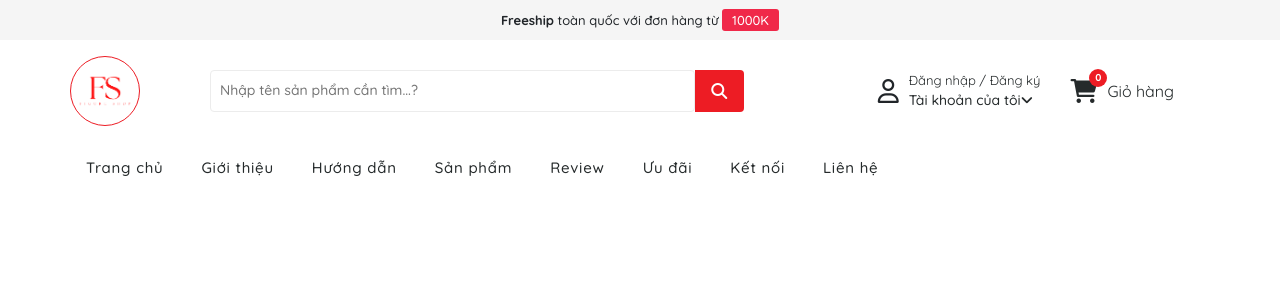
Repository: hayashi13597/ES6_ASM
Page: ASM1/index.html
These files come from the project's save history. The page is drawn as it stood at one moment and after the next save; the edit follows.
The browser window is 1280 px wide. The pictures show the whole page.
The style sheet was rebuilt from its Sass, Less or Tailwind sources for each picture, by a compiler version that may differ from the author's.

Above is the page before, as saved 2023-01-11 16:18:48.

### ASM1/index.html
<!DOCTYPE html>
<html lang="en">
  <head>
    <meta charset="UTF-8" />
    <meta http-equiv="X-UA-Compatible" content="IE=edge" />
    <meta name="viewport" content="width=device-width, initial-scale=1.0" />
    <title>Figure Shop</title>
    <!-- Link Boostrap -->
    <link
      rel="stylesheet"
      href="https://cdn.jsdelivr.net/npm/bootstrap@5.3.0-alpha1/dist/css/bootstrap.min.css"
    />
    <script src="https://cdn.jsdelivr.net/npm/bootstrap@5.3.0-alpha1/dist/js/bootstrap.min.js"></script>
    <!-- Link css -->
    <link rel="stylesheet" href="css/index.css" />
    <!-- Link Icon -->
    <link
      rel="stylesheet"
      href="https://cdnjs.cloudflare.com/ajax/libs/font-awesome/6.2.1/css/all.min.css"
      integrity="sha512-MV7K8+y+gLIBoVD59lQIYicR65iaqukzvf/nwasF0nqhPay5w/9lJmVM2hMDcnK1OnMGCdVK+iQrJ7lzPJQd1w=="
      crossorigin="anonymous"
      referrerpolicy="no-referrer"
    />
    <!-- Link Font -->
    <link rel="preconnect" href="https://fonts.googleapis.com" />
    <link rel="preconnect" href="https://fonts.gstatic.com" crossorigin />
    <link
      href="https://fonts.googleapis.com/css2?family=Quicksand:wght@400;500;600;700&display=swap"
      rel="stylesheet"
    />
  </head>
  <body>
    <header class="header">
      <div class="header-topbar">
        <p class="text-center">
          <strong>Freeship</strong> toàn quốc với đơn hàng từ
          <span class="topbar-number">1000K</span>
        </p>
      </div>
      <div class="container">
        <div class="row header-middle">
          <a href="index.html" class="col-1 header-middle--logo"
            ><img src="img/jewelry.png" alt=""
          /></a>
          <div class="col-lg-7 col-12 header-middle--search">
            <input type="text" placeholder="Nhập tên sản phẩm cần tìm...?" />
            <button><i class="fa-solid fa-magnifying-glass"></i></button>
          </div>
          <div class="col-4 header-middle--right">
            <div class="user">
              <div class="user-icon">
                <i class="fa-regular fa-user"></i>
              </div>
              <div class="user-text d-lg-block d-none">
                <div class="user-text--up">
                  <a>Đăng nhập</a> /
                  <a>Đăng ký</a>
                </div>
                <div class="user-text--down">
                  <a>Tài khoản của tôi<i class="fa-solid fa-angle-down"></i></a>
                </div>
              </div>
            </div>
            <a class="header-cart" href="">
              <i class="fa-solid fa-cart-shopping"
                ><span class="header-cart--number">0</span></i
              >
              <p class="header-cart--p d-lg-block d-none">Giỏ hàng</p>
            </a>
          </div>
        </div>
      </div>
      <nav class="container header-nav">
        <ul>
          <li><a href="#">Trang chủ</a></li>
          <li><a href="#">Giới thiệu</a></li>
          <li><a href="#">Hướng dẫn</a></li>
          <li><a href="#">Sản phẩm</a></li>
          <li><a href="#">Review</a></li>
          <li><a href="#">Ưu đãi</a></li>
          <li><a href="#">Kết nối</a></li>
          <li><a href="#">Liên hệ</a></li>
        </ul>
      </nav>
    </header>
  </body>
</html>

### ASM1/sass/index.scss
:root {
  --bg-topbar: #f5f5f5;
  --shop-color-main: #ed1c24;
  --shop-color-text: #252a2b;
  --shop-color-title: #000000;
  --shop-color-hover: #ed1c24;
  --shop-color-button: #000000;
  --shop-color-border: #e7e7e7;
  --footer-color-title: #ffffff;
  --footer-color-text: #999999;
  --footer-color-bg: #1a1a1a;
}

* {
  padding: 0;
  margin: 0;
  box-sizing: border-box;
  font-family: "Quicksand", sans-serif;
}

// Header
.header {
  width: 100%;
  // header-topbar
  &-topbar {
    height: 40px;
    line-height: 40px;
    background-color: var(--bg-topbar);
    p {
      font-size: 13px;
      font-weight: 500;
      .topbar-number {
        font-weight: 500;
        padding: 3px 10px;
        border-radius: 3px;
        background-color: #f02849;
        color: #ffffff;
      }
    }
  }
  // Header-middle
  &-middle {
    width: 100%;
    padding-block: 16px;
    display: flex;
    align-items: center;
    justify-content: space-between;
    &--logo {
      width: 70px;
      padding: 5px;
      border-radius: 50%;
      border: 1px solid var(--shop-color-main);
      img {
        width: 100%;
        height: 100%;
        object-fit: cover;
      }
    }
    &--search {
      width: 50%;
      display: flex;
      input {
        padding: 9px 50px 10px 9px;
        width: 100%;
        background-color: #ffffff;
        border: 1px solid #ececec;
        border-radius: 4px;
        font-size: 14px;
        font-weight: 500;
        transition: all 0.15s linear;
        &:focus {
          background: #ffffff;
          outline: none;
          border-color: var(--shop-color-main);
        }
      }
      button {
        border: none;
        border-radius: 0 4px 4px 0;
        width: 55px;
        color: #ffffff;
        background-color: var(--shop-color-main);
      }
    }
    &--right {
      display: flex;
      justify-content: flex-end;
      gap: 30px;
      .user {
        display: flex;
        align-items: center;
        gap: 10px;
        cursor: pointer;
        &-icon {
          font-size: 1.5rem;
        }
        &-text {
          a {
            text-decoration: none;
            color: var(--shop-color-text);
          }
          &--up {
            font-size: 13px;
          }
          &--down {
            font-size: 14px;
            font-weight: 500;
          }
        }
      }
      .header-cart {
        display: flex;
        align-items: center;
        gap: 10px;
        text-decoration: none;
        color: var(--shop-color-text);
        i {
          font-size: 1.5rem;
          position: relative;
        }
        &--p {
          margin-bottom: 0;
        }
        &--number {
          width: 18px;
          height: 18px;
          display: flex;
          justify-content: center;
          align-items: center;
          position: absolute;
          top: -10px;
          right: -10px;
          font-size: 10px;
          color: #ffffff;
          background: var(--shop-color-main);
          border-radius: 50%;
        }
      }
    }
  }
  // Header-nav
  &-nav {
    ul {
      list-style: none;
      display: flex;
      align-items: center;
      padding-left: 0;
      gap: 30px;
      li {
        a {
          text-decoration: none;
          color: var(--shop-color-text);
          font-size: 15px;
          padding: 15px 4px;
          letter-spacing: 0.75px;
          font-weight: 500;
          position: relative;
          display: flex;
          justify-content: center;
          &:before {
            content: "";
            position: absolute;
            bottom: 0;
            transform: scaleX(0);
            transform-origin: right;
            width: 100%;
            height: 2px;
            background: var(--shop-color-text);
            transition: transform 0.5s ease;
          }
          &:hover {
            &::before {
              transform: scaleX(1);
              transform-origin: left;
            }
          }
        }
      }
    }
  }
}

After the next save:
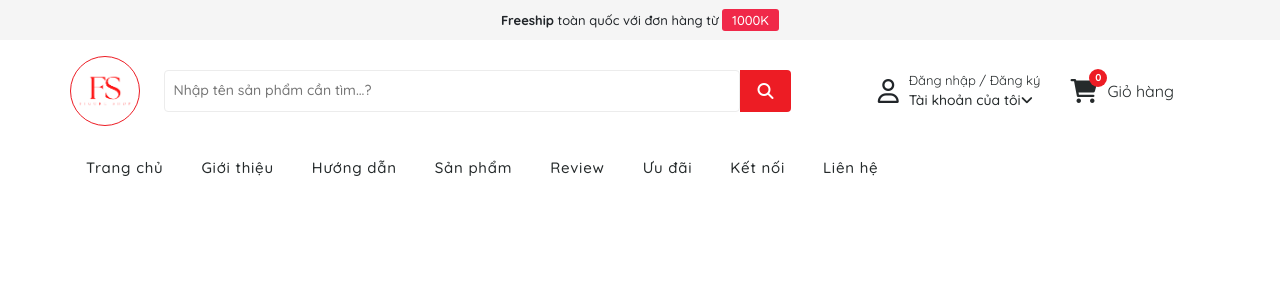
Saved 32 s later.
--- a/ASM1/sass/index.scss
+++ b/ASM1/sass/index.scss
@@ -57,7 +57,7 @@
       }
     }
     &--search {
-      width: 50%;
+      // width: 50%;
       display: flex;
       input {
         padding: 9px 50px 10px 9px;
